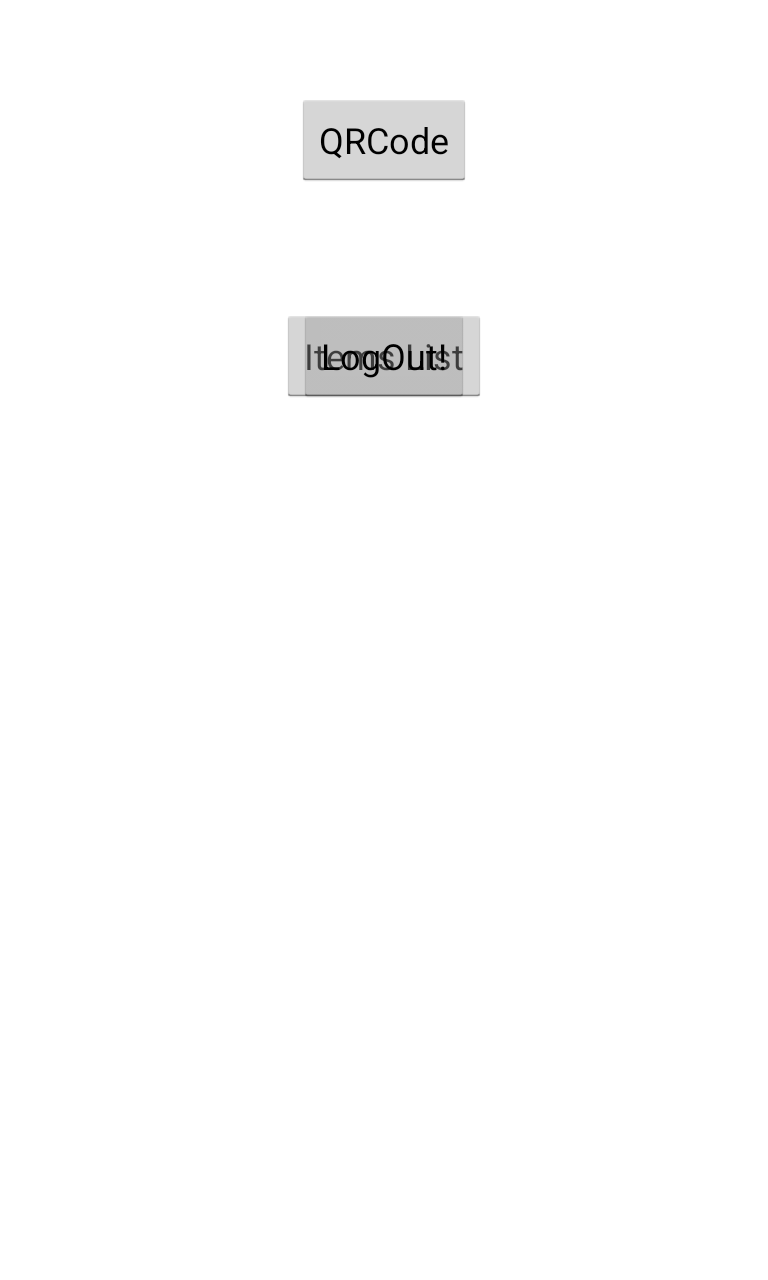
Repository: raphaelferras/eshelf
Layout: eshelfApp/E-shelf/res/layout/activity_menu.xml
The author's editor kept a copy of each file at every save. The layout is drawn from the files as they stood at one save, then again after the next save.
It is drawn on a 768 x 1280 px phone screen (xhdpi) without system bars, with theme AppTheme; the app's code is not run.

Above is the layout before, as saved 2013-03-23 18:18:23.

After the next save:
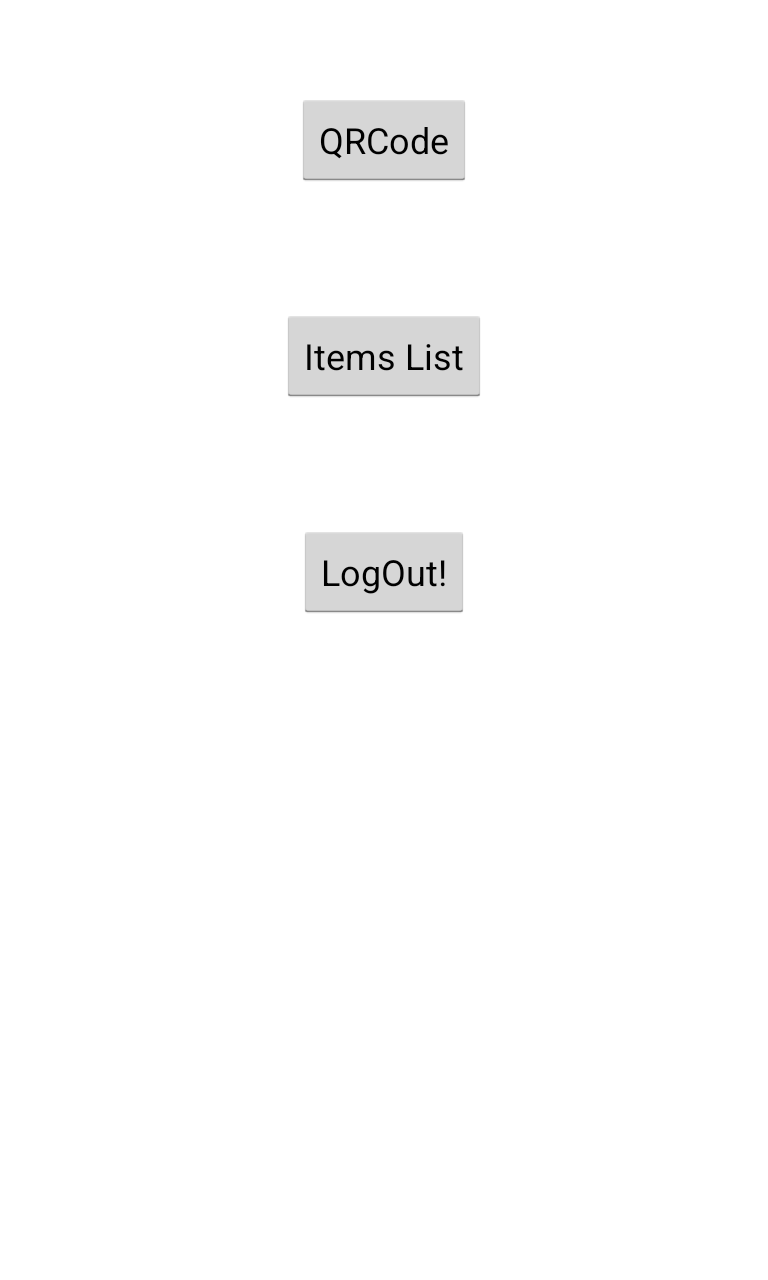
Saved 13 s later.
--- a/eshelfApp/E-shelf/res/layout/activity_menu.xml
+++ b/eshelfApp/E-shelf/res/layout/activity_menu.xml
@@ -25,7 +25,7 @@
         android:id="@+id/logout"
         android:layout_width="wrap_content"
         android:layout_height="wrap_content"
-        android:layout_below="@+id/qrcode"
+        android:layout_below="@+id/items_list"
         android:layout_centerHorizontal="true"
         android:layout_marginTop="60dp"
         android:text="LogOut!" />
